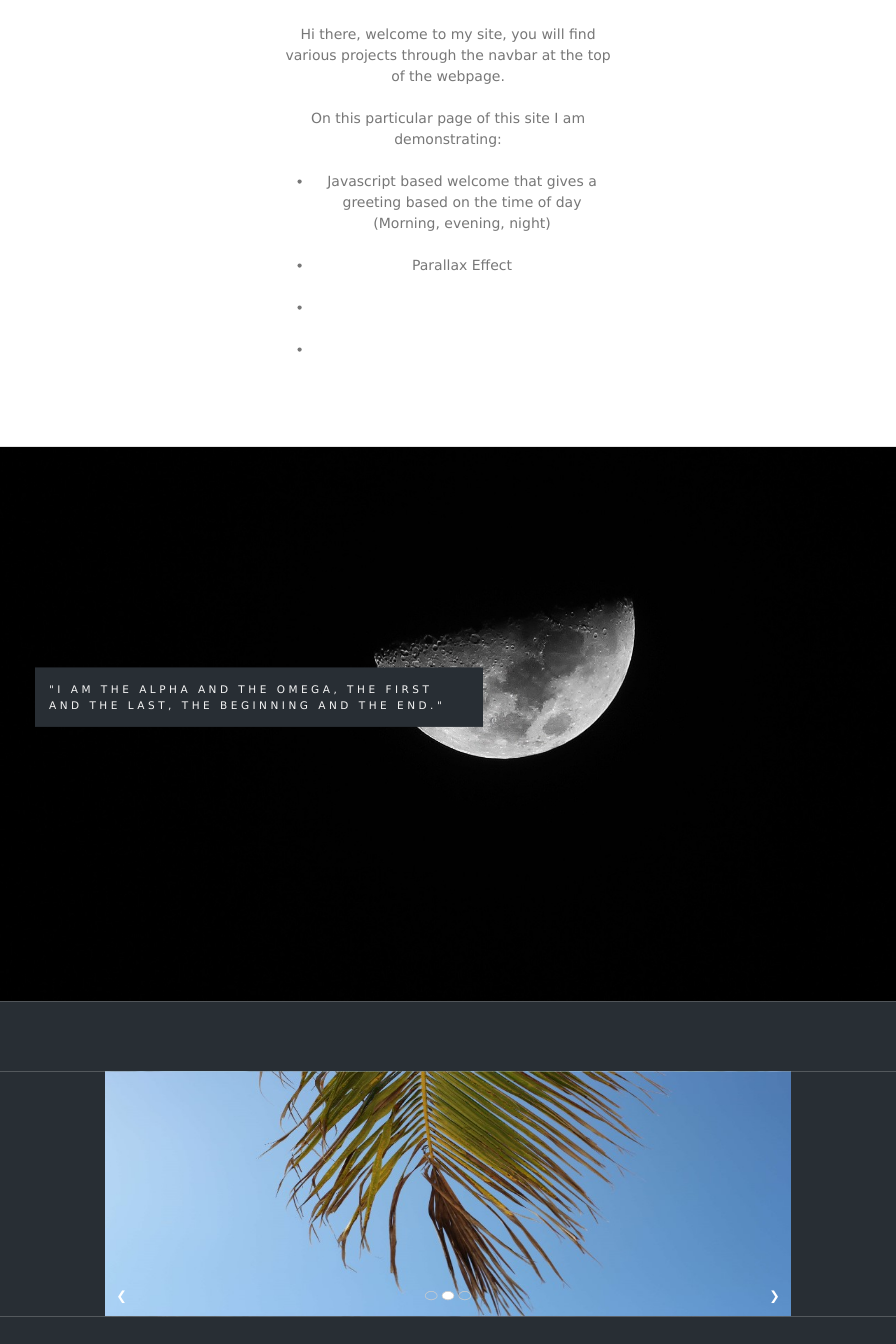
Repository: Jasondhillon/jasondhillon.github.io
Page: index.html
An editor plug-in stored every save of this project. The page is shown before and after the next save, followed by the edit.
The browser window is 1280 px wide. The pictures show the part of the page from y = 918 to 2838 px (the page is 3961 px tall before and 4111 px after), at 70% of full size.
Backgrounds fixed to the window are drawn as part of the page.

Above is the page before, as saved 2020-04-07 17:25:08.

After the next save:
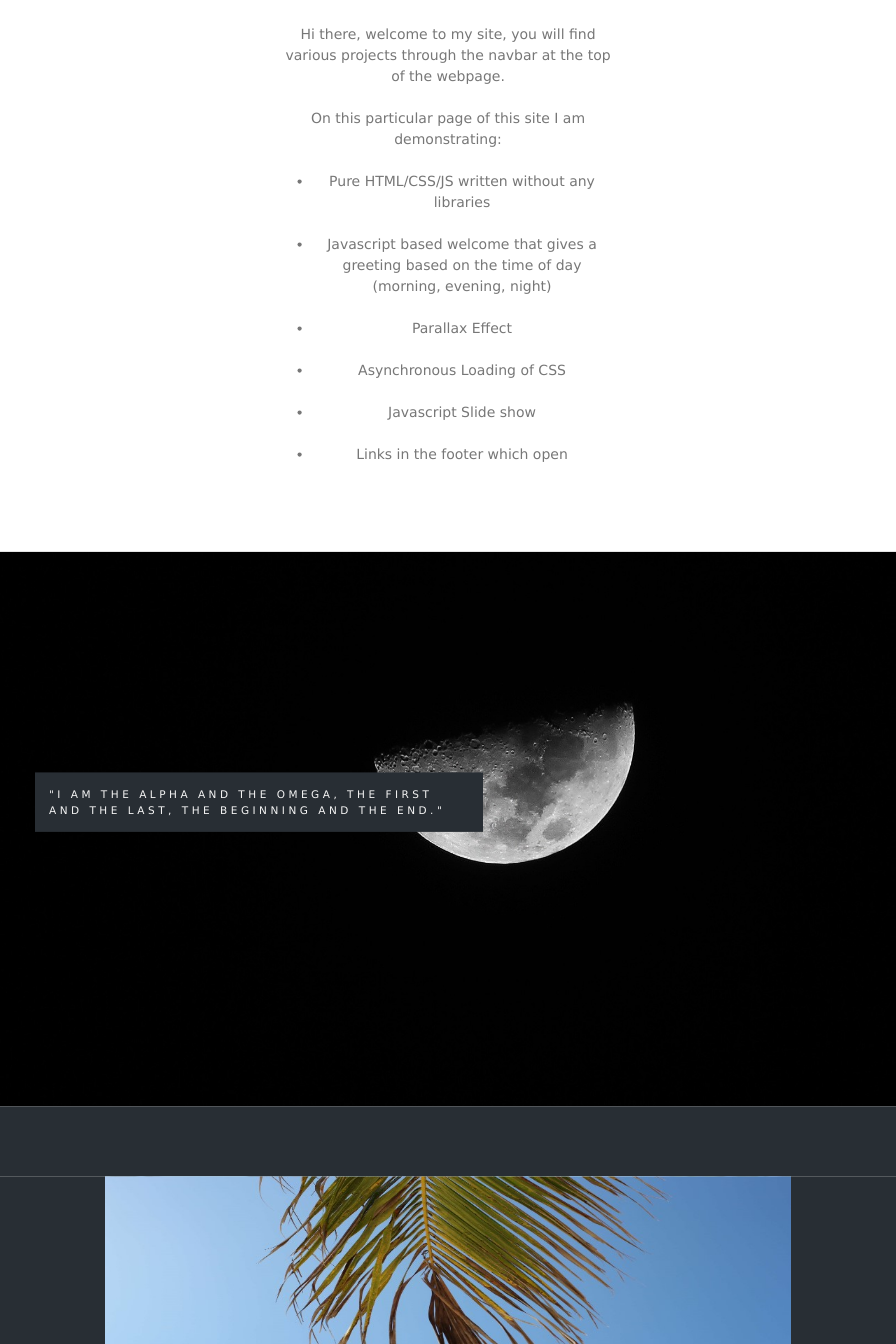
Saved 6 min 29 s later.
--- a/index.html
+++ b/index.html
@@ -205,10 +205,12 @@
       <p id="quote">
         On this particular page of this site I am demonstrating:
       <ul id="quote">
-        <li> Javascript based welcome that gives a greeting based on the time of day (Morning, evening, night)</li>
+        <li>Pure HTML/CSS/JS written without any libraries</li>
+        <li> Javascript based welcome that gives a greeting based on the time of day (morning, evening, night)</li>
         <li>Parallax Effect</li>
-        <li></li>
-        <li></li>
+        <li>Asynchronous Loading of CSS</li>
+        <li>Javascript Slide show</li>
+        <li>Links in the footer which open </li>
       </ul></p>
   </div>
 
